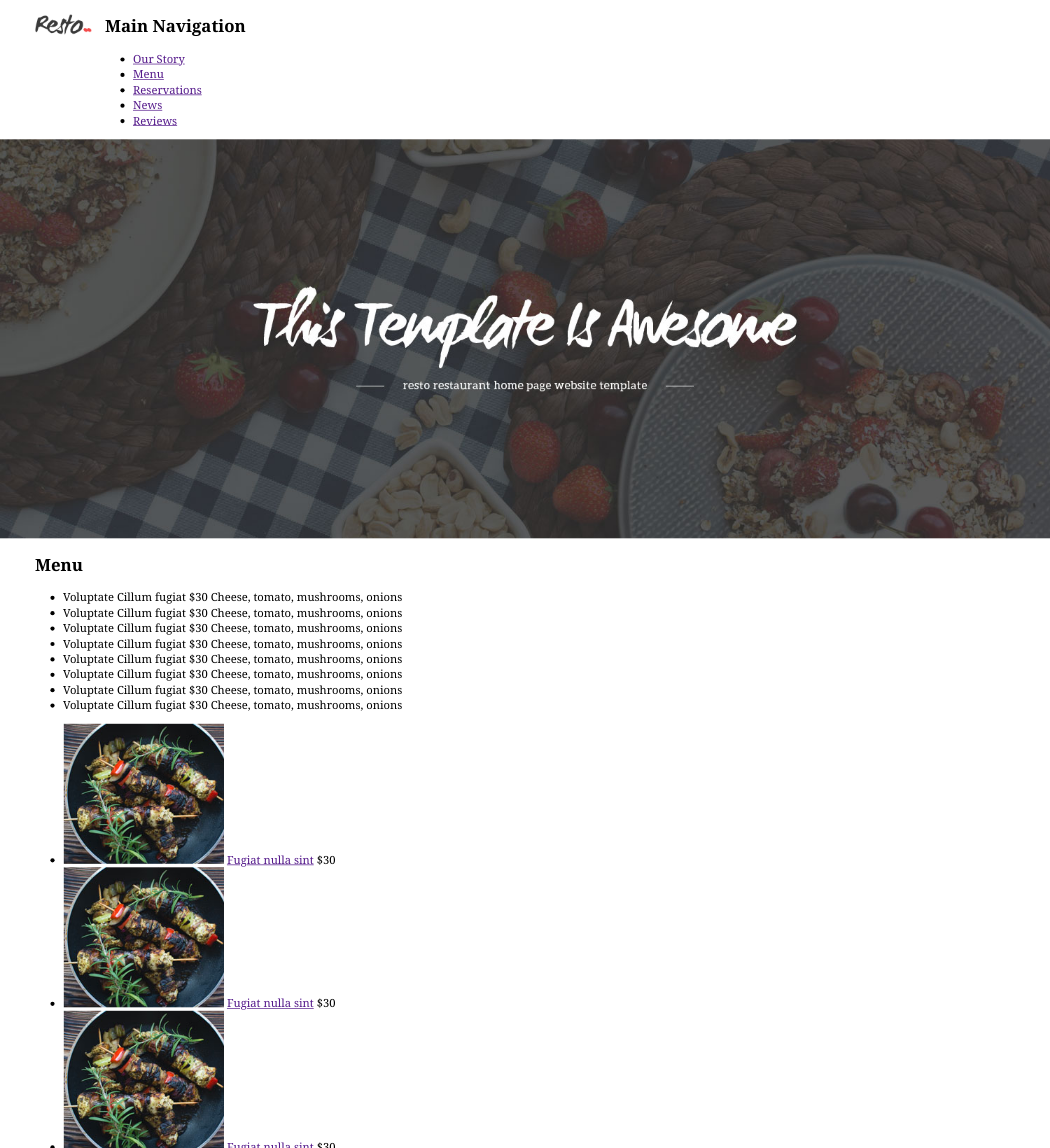
Repository: Piterwk1/psd-to-wordpress
Page: index.html
These files come from the project's save history. The page is drawn as it stood at one moment and after the next save; the edit follows.
The browser window is 1280 px wide. The page is 1500 px wide, so the pictures cover 1500 px, including what lies to the right of the window. The pictures show the part of the page from y = 0 to 1640 px (the page is 2253 px tall), at 70% of full size.

Above is the page before, as saved 2021-09-21 05:26:47.

### index.html
<html lang="en">

<head>
    <meta charset="UTF-8">
    <meta http-equiv="X-UA-Compatible" content="IE=edge">
    <meta name="viewport" content="width=device-width, initial-scale=1.0">
    <title>Resto</title>
    <link rel="stylesheet" href="style.css">
</head>

<body>

    <header>
        <div class="wrapper" id="headerWrapper">
            <h1 class="logo">Rest</h1>
            <nav>
                <h2>Main Navigation</h2>
                <ul>
                    <li><a href="">Our Story</a></li>
                    <li><a href="">Menu</a></li>
                    <li><a href="">Reservations</a></li>
                    <li><a href="">News</a></li>
                    <li><a href="">Reviews</a></li>
                </ul>
            </nav>
        </div>
    </header>

    <!-- start homepage content -->

    <div id="main-banner">
        <img src="images/banner.jpg" alt="Welcome to Resto">
    </div>

    <div class="wrapper">
        <section id="home-menu">
            <h2>Menu</h2>
            <ul>
                <li>
                    <span class="dish">Voluptate Cillum fugiat</span>
                    <span class="price">$30</span>
                    <span class="description">Cheese, tomato, mushrooms, onions</span>
                </li>
                <li>
                    <span class="dish">Voluptate Cillum fugiat</span>
                    <span class="price">$30</span>
                    <span class="description">Cheese, tomato, mushrooms, onions</span>
                </li>
                <li>
                    <span class="dish">Voluptate Cillum fugiat</span>
                    <span class="price">$30</span>
                    <span class="description">Cheese, tomato, mushrooms, onions</span>
                </li>
                <li>
                    <span class="dish">Voluptate Cillum fugiat</span>
                    <span class="price">$30</span>
                    <span class="description">Cheese, tomato, mushrooms, onions</span>
                </li>
                <li>
                    <span class="dish">Voluptate Cillum fugiat</span>
                    <span class="price">$30</span>
                    <span class="description">Cheese, tomato, mushrooms, onions</span>
                </li>
                <li>
                    <span class="dish">Voluptate Cillum fugiat</span>
                    <span class="price">$30</span>
                    <span class="description">Cheese, tomato, mushrooms, onions</span>
                </li>
                <li>
                    <span class="dish">Voluptate Cillum fugiat</span>
                    <span class="price">$30</span>
                    <span class="description">Cheese, tomato, mushrooms, onions</span>
                </li>
                <li>
                    <span class="dish">Voluptate Cillum fugiat</span>
                    <span class="price">$30</span>
                    <span class="description">Cheese, tomato, mushrooms, onions</span>
                </li>
            </ul>
        </section>

        <section id="featured">
            <ul>
                <li>
                    <img src="images/thumb-1.jpg">
                    <a href="">Fugiat nulla sint</a>
                    <span>$30</span>
                    <span class="rating"></span>
                </li>
                <li>
                    <img src="images/thumb-1.jpg">
                    <a href="">Fugiat nulla sint</a>
                    <span>$30</span>
                    <span class="rating"></span>
                </li>
                <li>
                    <img src="images/thumb-1.jpg">
                    <a href="">Fugiat nulla sint</a>
                    <span>$30</span>
                    <span class="rating"></span>
                </li>
                <li>
                    <img src="images/thumb-1.jpg">
                    <a href="">Fugiat nulla sint</a>
                    <span>$30</span>
                    <span class="rating"></span>
                </li>
            </ul>
        </section>
    </div>

    <!-- end homepage content -->

    <footer>
        <div class="wrapper">
            <ul>
                <li>New York Restaurant</li>
                <li>3926 Anmoore Road</li>
                <li>New York, NY 10014</li>
                <li>718-749-1714</li>
            </ul>
            <ul>
                <li>France Restaurant</li>
                <li>68, rue da le Couronne</li>
                <li>75002 PARIS</li>
                <li>02.94.23.69.56</li>
            </ul>
            <ul>
                <li><a href="">Blog</a></li>
                <li><a href="">Careers</a></li>
                <li><a href="">Privacy Policy</a></li>
                <li><a href="">Contact</a></li>
            </ul>
            <ul>
                <li><img src="images/white-logo.png" alt="logo"></li>
                <li>&copy; All rights reserved 2015</li>

            </ul>
        </div>
    </footer>
</body>

</html>

### style.css
body {
    font-family: Georgia, 'Times New Roman', Times, serif;
    margin: 0;
}

.wrapper {
    width: 100%;
    max-width: 1180px;
    padding: 0 10px;
    margin:  0 auto;
}

h1.logo {
    background-image: url(images/logo.png);
    background-repeat: no-repeat;
    width: 100px;
    text-indent: -10000px;
}

#headerWrapper {
    display: flex;
    align-content: space-between;
    width: 100%;
}

nav {
    flex-grow: 10;
    /* margin: 0 10 0 auto; */
    align-self: flex-end;
}

After the next save:
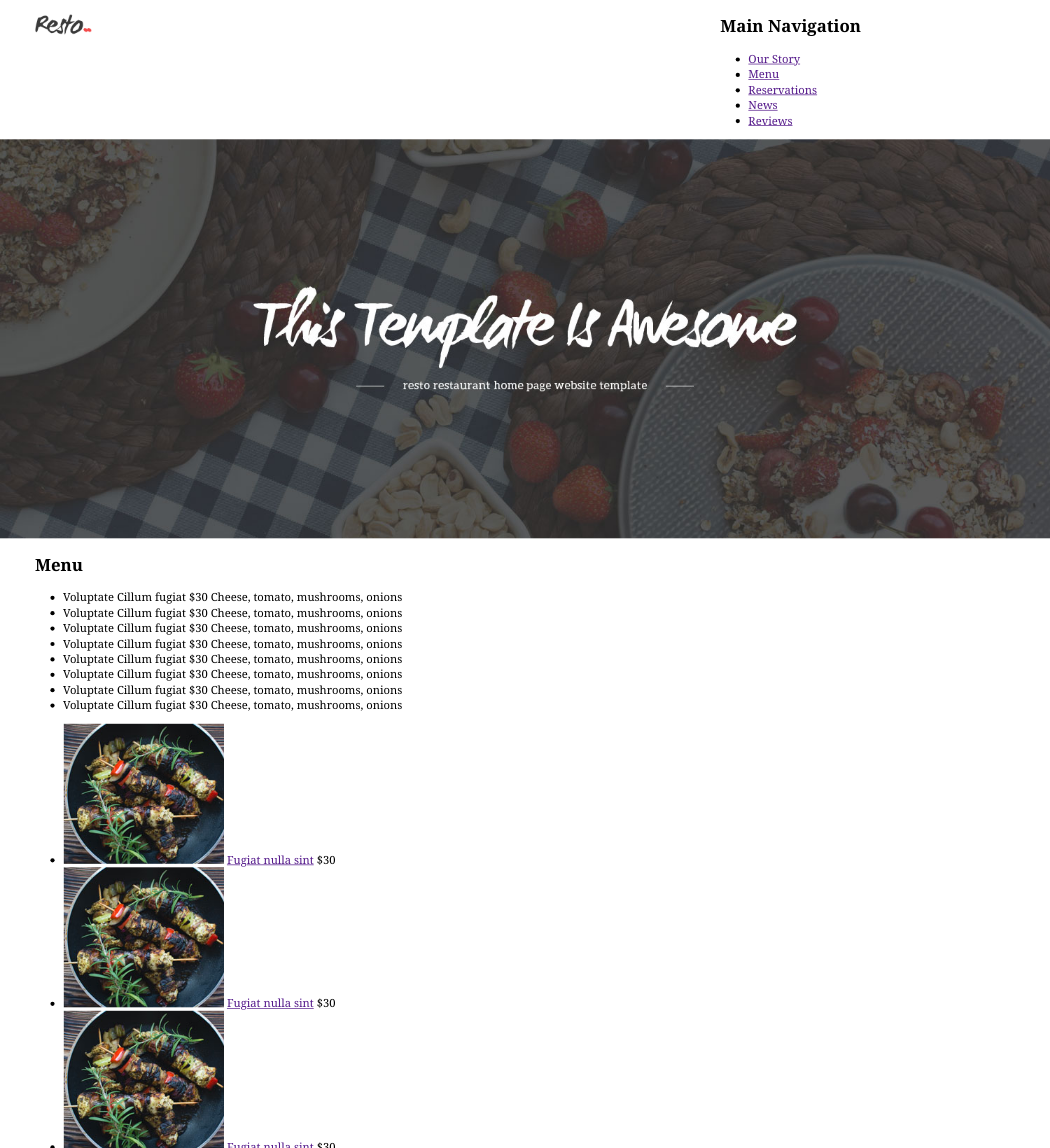
Saved 5 min 41 s later.
--- a/style.css
+++ b/style.css
@@ -19,12 +19,12 @@ h1.logo {
 
 #headerWrapper {
     display: flex;
-    align-content: space-between;
+    justify-content: space-between;
     width: 100%;
 }
 
-nav {
+/* nav {
     flex-grow: 10;
     /* margin: 0 10 0 auto; */
     align-self: flex-end;
-}
+} */
